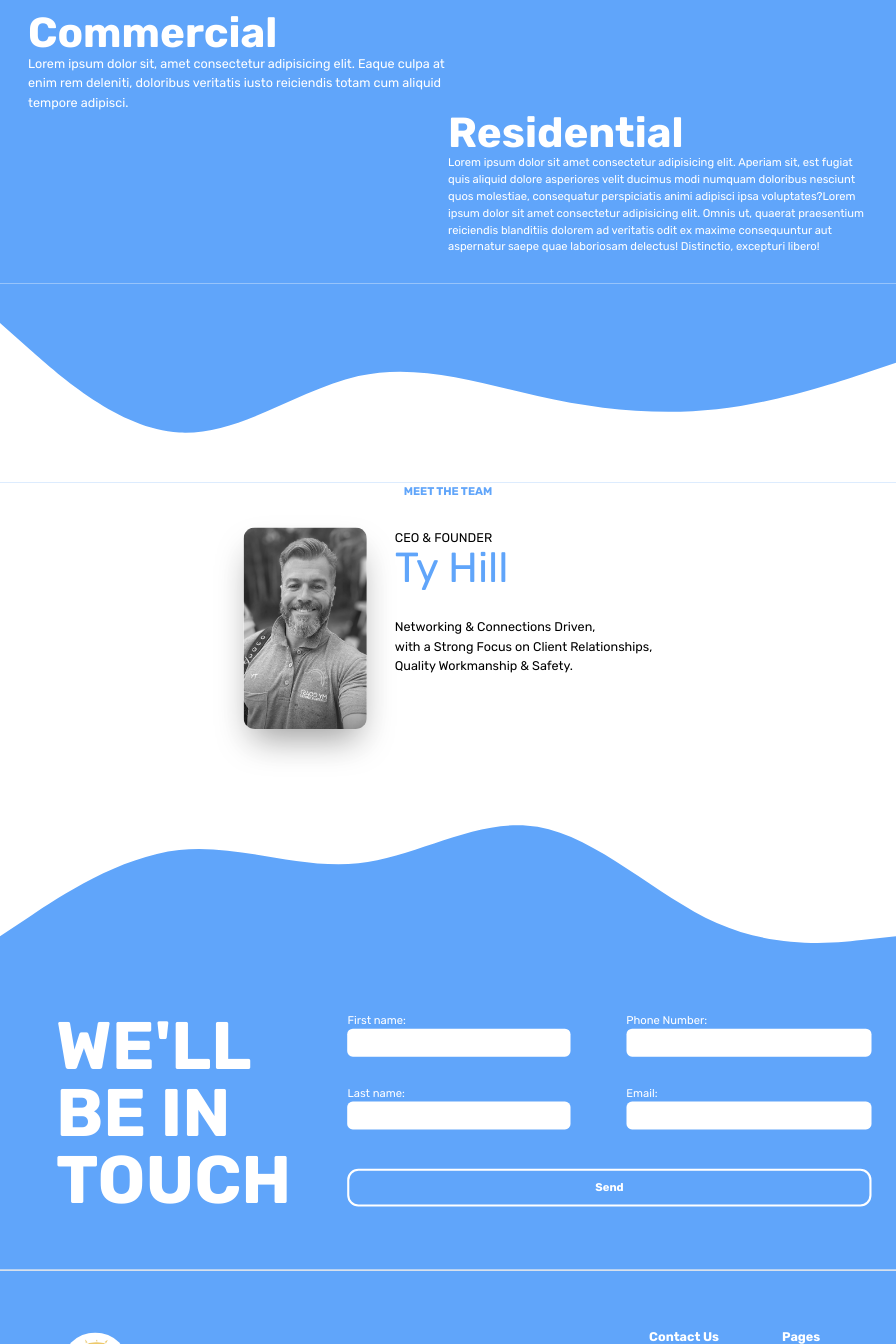
Repository: Jace-Kington/mce-website
Page: /
These files come from the project's save history. The page is drawn as it stood at one moment and after the next save; the edit follows.
The browser window is 1280 px wide. The pictures show the part of the page from y = 711 to 2631 px (the page is 2847 px tall before and 2751 px after), at 70% of full size.
The project was rebuilt for these pictures with package versions that can differ from the ones it lists, and the page was loaded fresh each time. The framework's server and built-in components were replaced by stand-ins that run in the browser. Also part of the build but not shown: next.config.js.

Above is the page before, as saved 2022-11-12 14:12:46.

### pages/index.js

import Navbar from '../components/Navbar'
import Services from '../components/Services'
import MeetUs from '../components/Meet-us'
import ContactUs from '../components/ContactUs'
import Footer from '../components/Footer'

export default function Home() {
  return (
    <div>
      <head>
        <link rel="preconnect" href="https://fonts.googleapis.com"/>
        <link rel="preconnect" href="https://fonts.gstatic.com" crossorigin/>
        <link href="https://fonts.googleapis.com/css2?family=Rubik:ital,wght@0,400;0,500;0,700;0,900;1,800;1,900&display=swap" rel="stylesheet"/>
        <meta charset="UTF-8"/>
        <meta name="viewport" content="width=device-width, initial-scale=1.0, user-scalable=0"/>
        <title>My Coat Electrical</title>
      </head>
      <Navbar/>
      <Services/>
      <MeetUs/>
      <ContactUs/>
      <Footer/>
    </div>
  )
}

### styles/globals.css
@tailwind base;
@tailwind components;
@tailwind utilities;

* {
  font-family: 'Rubik';
}

### components/Navbar.jsx
import React from 'react'
import Image from 'next/image'
import image_2 from '../assets/logo-1.png'
import HamburgerMenu from './Hamburger'
import Link from 'next/link'

const Navbar = () => {
  return (
    <div className=''>
      <div className='flex justify-between items-center md:hidden'>
      <Image alt = "" src={image_2} className='rounded-full p-2 h-28 w-28' />

        <HamburgerMenu className = ''/>
      </div>

      <div className='md:flex hidden justify-between items-center ml-5 mr-5'>
        <Image alt = "" src={image_2} className='rounded-full p-2 h-28 w-28' />
        <div className='flex gap-10 items-center'>
          <a className='hover:text-blue-400 transition ease-in' href='#services-section'>
            Services
          </a>

          <a className='hover:text-blue-400 transition ease-in ' href="#meet-us">
            Team
          </a>

          <div className=''>
            <a className='bg-blue-400 hover:bg-blue-500 transition ease-in rounded-2xl p-3' href="#contact-us">
              <span className='text-white'>Enquire Now</span>
            </a>
          </div>

        </div>
      </div>

      <div className='text-left text-blue-400 mt-12 ml-12'>
        <div className='text-7xl'>
          The Best <strong>Trade Services</strong>
        </div>
        <div className='text-7xl'>
          On the Sunny Coast
        </div>

        <div className='outline-rounded mt-12 bg-white'>
          <a  style = {{'border-width': '2px', 'border-color': '#60a5fa'}} className='rounded-2xl hover:bg-blue-400 hover:text-white transition shadow-md shadow-blue-400 hover:shadow-lg hover:shadow-blue-400 p-5' href="#contact-us">
            Get Started
          </a>
        </div>
      </div>

      <svg xmlns="http://www.w3.org/2000/svg" viewBox="0 0 1440 320"><path fill="#60a5fa" fill-opacity="1" d="M0,192L48,186.7C96,181,192,171,288,160C384,149,480,139,576,144C672,149,768,171,864,197.3C960,224,1056,256,1152,261.3C1248,267,1344,245,1392,234.7L1440,224L1440,320L1392,320C1344,320,1248,320,1152,320C1056,320,960,320,864,320C768,320,672,320,576,320C480,320,384,320,288,320C192,320,96,320,48,320L0,320Z"></path></svg>
    </div>
  )
}

export default Navbar

### components/Services.tsx
import React from 'react'

const Services = () => {
  return (
    <div id = 'services-section' className = 'bg-blue-400'>
        <div className = 'text-white text-center font-semibold text-lg uppercase underline-offset-1'>Our Services</div>
        <div className = 'grid grid-cols-2 m-10'>
            <div className = ''>
                <div className = 'text-white text-3xl sm:text-6xl font-bold'>Commercial</div>
                <div className = 'text-white text-lg'>Lorem ipsum dolor sit, amet consectetur adipisicing elit. Eaque culpa at enim rem deleniti, doloribus veritatis iusto reiciendis totam cum aliquid tempore adipisci. </div>
            </div>
            <div className = ''>

            </div>
            <div>

            </div>
            <div>
                <div className = 'text-white text-3xl sm:text-6xl font-bold'>Residential</div>
                <div className = 'text-white'>Lorem ipsum dolor sit amet consectetur adipisicing elit. Aperiam sit, est fugiat quis aliquid dolore asperiores velit ducimus modi numquam doloribus nesciunt quos molestiae, consequatur perspiciatis animi adipisci ipsa voluptates?Lorem ipsum dolor sit amet consectetur adipisicing elit. Omnis ut, quaerat praesentium reiciendis blanditiis dolorem ad veritatis odit ex maxime consequuntur aut aspernatur saepe quae laboriosam delectus! Distinctio, excepturi libero!</div>
            </div>
        </div>
        <svg className = 'bg-white' xmlns="http://www.w3.org/2000/svg" viewBox="0 0 1440 320">
        <path fill="#60a5fa" fill-opacity="1" d="M0,64L48,106.7C96,149,192,235,288,240C384,245,480,171,576,149.3C672,128,768,160,864,181.3C960,203,1056,213,1152,202.7C1248,192,1344,160,1392,144L1440,128L1440,0L1392,0C1344,0,1248,0,1152,0C1056,0,960,0,864,0C768,0,672,0,576,0C480,0,384,0,288,0C192,0,96,0,48,0L0,0Z"></path>
        </svg>
    </div>
  )
}

export default Services

### components/Meet-us.tsx
import React from 'react'
import Image from 'next/image'
import image_2 from '../assets/ty-photo.png'


const MeetUs = () => {
  return (
    <div id = "meet-us" className = 'max-w-[100%]'>
        <div className = 'text-blue-400 uppercase font-semibold text-center'>Meet the Team</div>

        <div className = 'justify-center flex gap-10 m-10'>
            <div>
              <Image alt = "" className = 'rounded-2xl shadow-2xl shadow-blue-400 grayscale h-72 w-44' src = {image_2}/>
            </div>
            <div>
                <div className = 'uppercase text-lg'>CEO & Founder</div>
                <div className = 'text-6xl text-blue-400 pb-10'>Ty Hill</div>
                <div className = 'text-lg'>
                  <div className = ''>Networking & Connections Driven, </div>
                  <div>with a Strong Focus on Client Relationships,</div>
                  <div>Quality Workmanship & Safety.</div>
                </div>

            </div>
        </div>

        <svg xmlns="http://www.w3.org/2000/svg" viewBox="0 0 1440 320"><path fill="#60a5fa" fill-opacity="1" d="M0,288L48,256C96,224,192,160,288,149.3C384,139,480,181,576,170.7C672,160,768,96,864,112C960,128,1056,224,1152,266.7C1248,309,1344,299,1392,293.3L1440,288L1440,320L1392,320C1344,320,1248,320,1152,320C1056,320,960,320,864,320C768,320,672,320,576,320C480,320,384,320,288,320C192,320,96,320,48,320L0,320Z"></path></svg>
    </div>
  )
}

export default MeetUs

### components/ContactUs.jsx
import React, { useRef } from 'react'
import emailjs from '@emailjs/browser'
import { ToastContainer, toast } from 'react-toastify'
import 'react-toastify/dist/ReactToastify.css'

const ContactUs = () => {
  const toast_success = () => { toast('Email Sent!'); }
  const toast_fail = () => { toast('Error'); }

  const form = useRef();

  const sendEmail = (e) => {
    e.preventDefault();

    emailjs.sendForm('service_16oy9kb', 'template_p83nfjr', form.current, '7jHtCbxop4BW2nz9r')
      .then((result) => {
          console.log(result.text);
          toast_success();
      }, (error) => {
          console.log(error.text);
          toast_fail();
      });
  };

  return (
    <div id = "contact-us" className = 'bg-blue-400'>
        <div className = 'flex'>
          <div className = 'text-white uppercase font-semibold p-20 text-8xl'>
              <div>We&apos;ll</div>
              <div>Be In</div>
              <div>Touch</div>
          </div>
          <form ref = {form} onSubmit = {sendEmail} className = 'pt-20'>
            <div className = 'flex gap-20 '>
              <div className = 'flex flex-col gap-10'>
                <div>
                  <label className = 'text-white' for="fname">First name:</label>
                  <input className = 'rounded-lg p-2 outline-1 outline-white w-full' type="text" id="fname" name="fname"/>
                </div>
                <div>
                  <label className = 'text-white' for="lname">Last name:</label>
                  <input className = 'rounded-lg p-2 outline-1 outline-white w-full' type="text" id="lname" name="lname"/>
                </div>
              </div>
              <div>
              <div className = 'flex flex-col gap-10'>
                <div>
                  <label className = 'text-white' for="phonenumber">Phone Number:</label>
                  <input className = 'rounded-lg p-2 outline-1 outline-white w-full' type="text" id="phonenumber" name="phonenumber"/>
                </div>
                <div>
                  <label className = 'text-white' for="email">Email:</label>
                  <input className = 'rounded-lg p-2 outline-1 outline-white w-full' type="text" id="email" name="email"/>
                </div>
              </div>
              </div>
            </div>

            <div>
              <button style = {{'border-width': '3px', 'border-color': 'white'}} className = 'text-center w-full p-3 rounded-2xl font-semibold hover:text-blue-400 text-white transition ease-in bg-blue-400 hover:bg-white mt-14'>Send</button>
              <ToastContainer
  position="top-right"
  autoClose={5000}
  hideProgressBar={true}
  newestOnTop={false}
  closeOnClick
  rtl={false}
  pauseOnFocusLoss
  draggable
  pauseOnHover
  toastStyle = {{'background-color': 'rgb(34 197 94)', 'color': 'white', 'border-radius': '1rem', 'padding': '15px'}}
  />
            </div>
          </form>
        </div>
      </div>
  )
}

export default ContactUs

### components/Footer.tsx
import React from 'react'
import image_2 from '../assets/logo-1.png'
import Image from 'next/image'

const Footer = () => {
  return (
    <div className = 'border-t-2 border-gray pb-4 bg-blue-400'>
        <div className = 'flex justify-between text-white p-20'>
            <div className = ''>
                <div className = 'flex items-center gap-5'>
                <Image alt = "" src= {image_2} className = 'items-start rounded-full p-2 h-28 w-28'/>

                <div className = 'flex gap-10 text-white'>
                    <svg fill="#fff" xmlns="http://www.w3.org/2000/svg"  viewBox="0 0 16 16" width="32px" height="32px"><path d="M 15 3.296875 C 14.476563 3.523438 13.949219 3.691406 13.367188 3.746094 C 13.949219 3.410156 14.417969 2.84375 14.648438 2.226563 C 14.066406 2.5625 13.484375 2.789063 12.84375 2.902344 C 12.257813 2.339844 11.5 2 10.683594 2 C 9.109375 2 7.824219 3.242188 7.824219 4.765625 C 7.824219 4.988281 7.824219 5.214844 7.882813 5.386719 C 4.875 5.386719 2.8125 3.691406 1.414063 2 C 1.121094 2.394531 1.003906 2.902344 1.003906 3.410156 C 1.003906 4.367188 1.53125 5.214844 2.289063 5.722656 C 1.820313 5.667969 1.355469 5.554688 1.003906 5.386719 C 1.003906 5.386719 1.003906 5.386719 1.003906 5.441406 C 1.003906 6.796875 1.996094 7.921875 3.28125 8.148438 C 3.046875 8.203125 2.8125 8.261719 2.519531 8.261719 C 2.347656 8.261719 2.171875 8.261719 1.996094 8.207031 C 2.347656 9.335938 3.976563 10.632813 5.257813 10.632813 C 4.265625 11.363281 3.34375 12 1.5 12 C 1.265625 12 1.453125 12 1 12 C 2.28125 12.789063 3.800781 13 5.375 13 C 10.683594 13 13.542969 8.769531 13.542969 5.101563 C 13.542969 4.988281 13.542969 4.878906 13.542969 4.765625 C 14.125 4.367188 14.59375 3.863281 15 3.296875"/></svg>
                    <svg fill="#fff" xmlns="http://www.w3.org/2000/svg"  viewBox="0 0 16 16" width="32px" height="32px"><path d="M 4.773438 1 C 2.695313 1 1 2.695313 1 4.773438 L 1 10.230469 C 1 12.304688 2.695313 14 4.773438 14 L 10.230469 14 C 12.304688 14 14 12.304688 14 10.226563 L 14 4.773438 C 14 2.695313 12.304688 1 10.226563 1 Z M 4.773438 2 L 10.226563 2 C 11.765625 2 13 3.234375 13 4.773438 L 13 10.226563 C 13 11.765625 11.765625 13 10.230469 13 L 4.773438 13 C 3.234375 13 2 11.765625 2 10.230469 L 2 4.773438 C 2 3.234375 3.234375 2 4.773438 2 Z M 11.5 3 C 11.222656 3 11 3.222656 11 3.5 C 11 3.777344 11.222656 4 11.5 4 C 11.777344 4 12 3.777344 12 3.5 C 12 3.222656 11.777344 3 11.5 3 Z M 7.5 4 C 5.574219 4 4 5.574219 4 7.5 C 4 9.425781 5.574219 11 7.5 11 C 9.425781 11 11 9.425781 11 7.5 C 11 5.574219 9.425781 4 7.5 4 Z M 7.5 5 C 8.886719 5 10 6.113281 10 7.5 C 10 8.886719 8.886719 10 7.5 10 C 6.113281 10 5 8.886719 5 7.5 C 5 6.113281 6.113281 5 7.5 5 Z"/></svg>
                    <svg fill="#fff" xmlns="http://www.w3.org/2000/svg"  viewBox="0 0 16 16" width="32px" height="32px"><path d="M 3.5 1 C 2.1250151 1 1 2.1250151 1 3.5 L 1 11.5 C 1 12.874985 2.1250151 14 3.5 14 L 11.5 14 C 12.874985 14 14 12.874985 14 11.5 L 14 3.5 C 14 2.1250151 12.874985 1 11.5 1 L 3.5 1 z M 3.5 2 L 11.5 2 C 12.335015 2 13 2.6649849 13 3.5 L 13 11.5 C 13 12.335015 12.335015 13 11.5 13 L 9.9042969 13 L 9.9042969 8.9667969 L 11.300781 8.9667969 L 11.509766 7.3574219 L 9.9042969 7.3574219 L 9.9042969 6.3320312 C 9.9042969 5.8660312 10.034031 5.5488281 10.707031 5.5488281 L 11.566406 5.5488281 L 11.566406 4.109375 C 11.417406 4.089375 10.907453 4.046875 10.314453 4.046875 C 9.0764531 4.046875 8.2304688 4.795875 8.2304688 6.171875 L 8.2304688 7.3574219 L 7 7.3535156 L 7 8.9628906 L 8.2304688 8.9667969 L 8.2304688 13 L 3.5 13 C 2.6649849 13 2 12.335015 2 11.5 L 2 3.5 C 2 2.6649849 2.6649849 2 3.5 2 z"/></svg>
                </div>
                </div>


                <div className = ''>
                    <div>fjf</div>
                </div>
            </div>

            <div className='flex gap-20'>
                <div className = ''>
                    <div className = 'text-lg font-bold pb-5'>
                        Contact Us
                    </div>
                    <div>
                        Address
                    </div>
                    <div>
                        Phone number
                    </div>
                    <div>
                        Email
                    </div>
                </div>

                <div>
                    <div className = 'text-lg font-bold pb-5'>
                        Pages
                    </div>

                    <div>
                        Home
                    </div>
                    <div>
                        Services
                    </div>
                    <div>
                        Team
                    </div>
                    <div>
                        Contact Us
                    </div>
                </div>
            </div>
        </div>
    </div>
  )
}

export default Footer

### components/Hamburger.jsx
import Link from 'next/link'
import { slide as Menu } from 'react-burger-menu'

const HamburgerMenu = () => (<div className='relative p-2'>
    <Menu customBurgerIcon={<HamburgerIcon />} width={'auto'} className='left-0 top-12' >
        <Links />
    </Menu>
</div>)

const HamburgerIcon = () => (<div className='p-1/2'><svg className="w-8 h-8 text-gray-500" fill="none" strokeLinecap="round" strokeLinejoin="round" strokeWidth="2" viewBox="0 0 24 24" stroke="currentColor"><path d="M4 6h16M4 12h16M4 18h16"></path></svg></div>)

export const Links = () => (<>
    <Link href="/">Home</Link>
    <Link href="/about">About</Link>
</>)

export default HamburgerMenu

Loaded but not shown: pages/_app.js (common file); tailwind.config.js (common file)

After the next save:
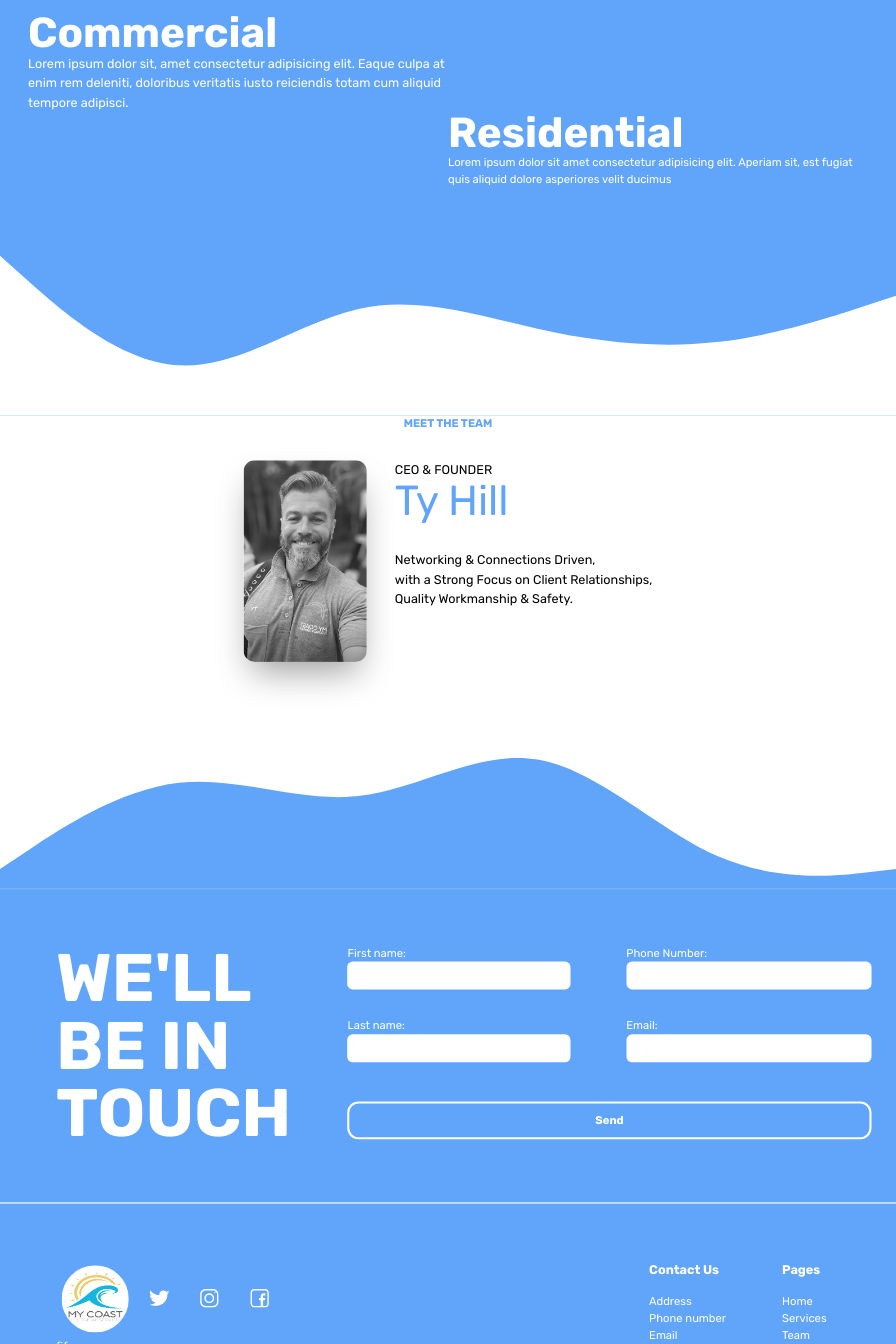
Saved 23 s later.
--- a/components/Services.tsx
+++ b/components/Services.tsx
@@ -17,7 +17,7 @@ const Services = () => {
             </div>
             <div>
                 <div className = 'text-white text-3xl sm:text-6xl font-bold'>Residential</div>
-                <div className = 'text-white'>Lorem ipsum dolor sit amet consectetur adipisicing elit. Aperiam sit, est fugiat quis aliquid dolore asperiores velit ducimus modi numquam doloribus nesciunt quos molestiae, consequatur perspiciatis animi adipisci ipsa voluptates?Lorem ipsum dolor sit amet consectetur adipisicing elit. Omnis ut, quaerat praesentium reiciendis blanditiis dolorem ad veritatis odit ex maxime consequuntur aut aspernatur saepe quae laboriosam delectus! Distinctio, excepturi libero!</div>
+                <div className = 'text-white'>Lorem ipsum dolor sit amet consectetur adipisicing elit. Aperiam sit, est fugiat quis aliquid dolore asperiores velit ducimus </div>
             </div>
         </div>
         <svg className = 'bg-white' xmlns="http://www.w3.org/2000/svg" viewBox="0 0 1440 320">
